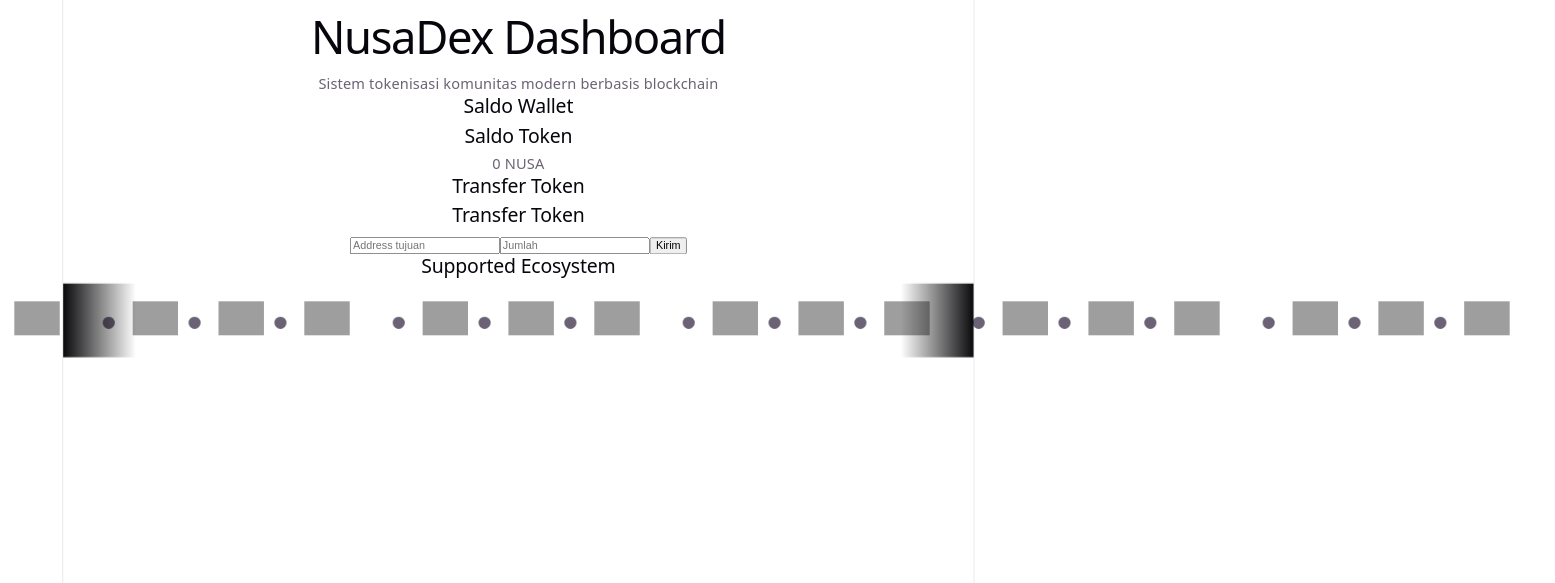
Repository: Danang-adi/Zentrix
Page: / (app in frontend-react/)
An editor plug-in stored every save of this project. The page is shown before and after the next save, followed by the edit.
The browser window is 1280 px wide. The page is 1914 px wide, then 1990 px, so the pictures cover 1920 px, including what lies to the right of the window. The pictures show the whole page, at 81% of full size.
Pictures or frames that could not be fetched are drawn as grey boxes. The page's requests for data from a server got no answer. The project was rebuilt for these pictures with package versions that can differ from the ones it lists, and the page was loaded fresh each time. No one was signed in, and anything a server would have sent is missing. Also part of the build but not shown: frontend-react/vite.config.ts.

Above is the page before, as saved 2026-04-25 19:45:08.

After the next save:
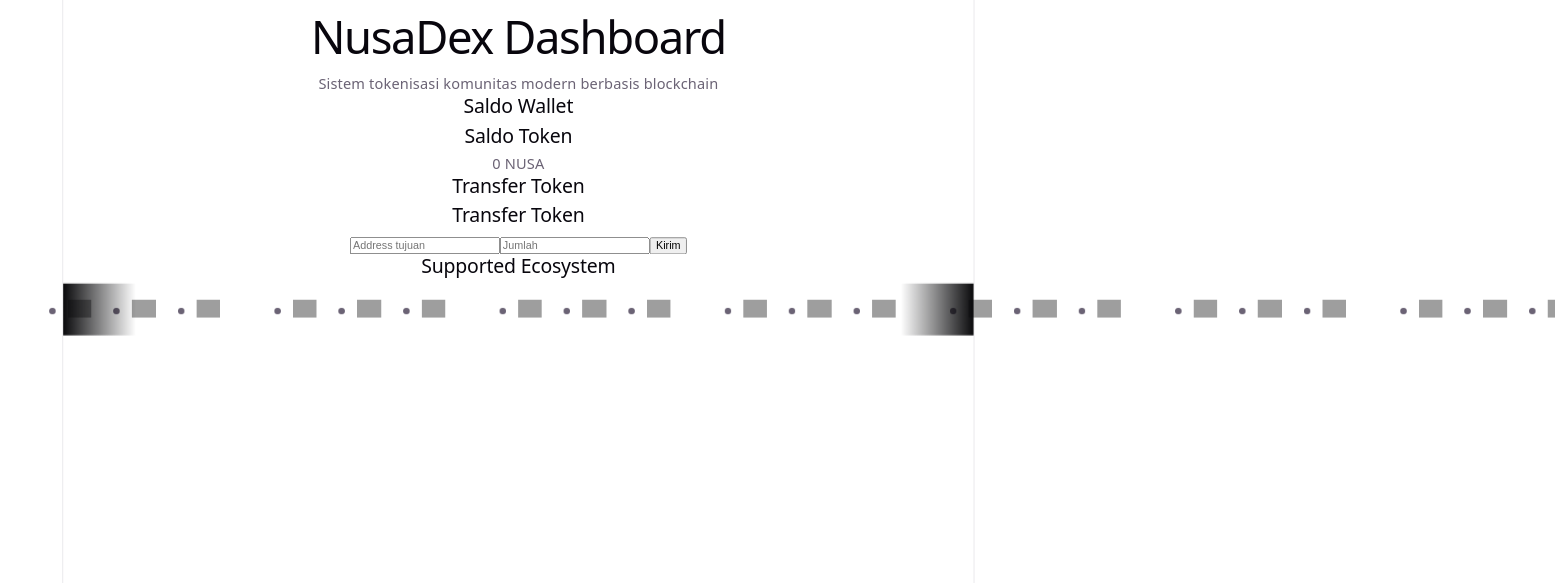
Saved 95 s later.
--- a/frontend-react/src/App.tsx
+++ b/frontend-react/src/App.tsx
@@ -64,7 +64,7 @@
               logos={cryptoLogos}
               speed={60}
               direction="left"
-              logoHeight={42}
+              logoHeight={22}
               gap={50}
               pauseOnHover
               scaleOnHover
